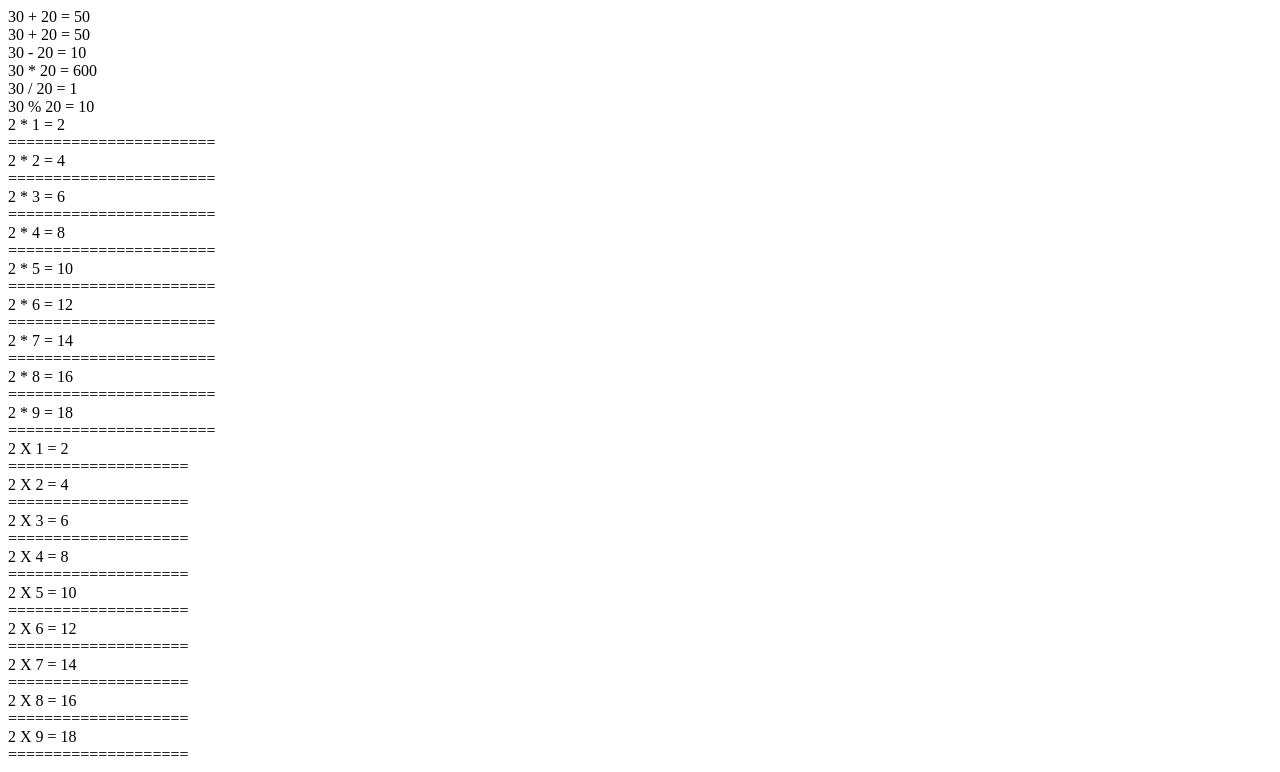
Repository: HyeogDo/Study_Java
Page: http://localhost/JSP/Addition.jsp
An editor plug-in stored every save of this project. The page is shown before and after the next save, followed by the edit.
The browser window is 1280 px wide. The pictures show the whole page.
The page is served by Tomcat 9.

Above is the page before, as saved 2022-03-15 06:56:20.

After the next save:
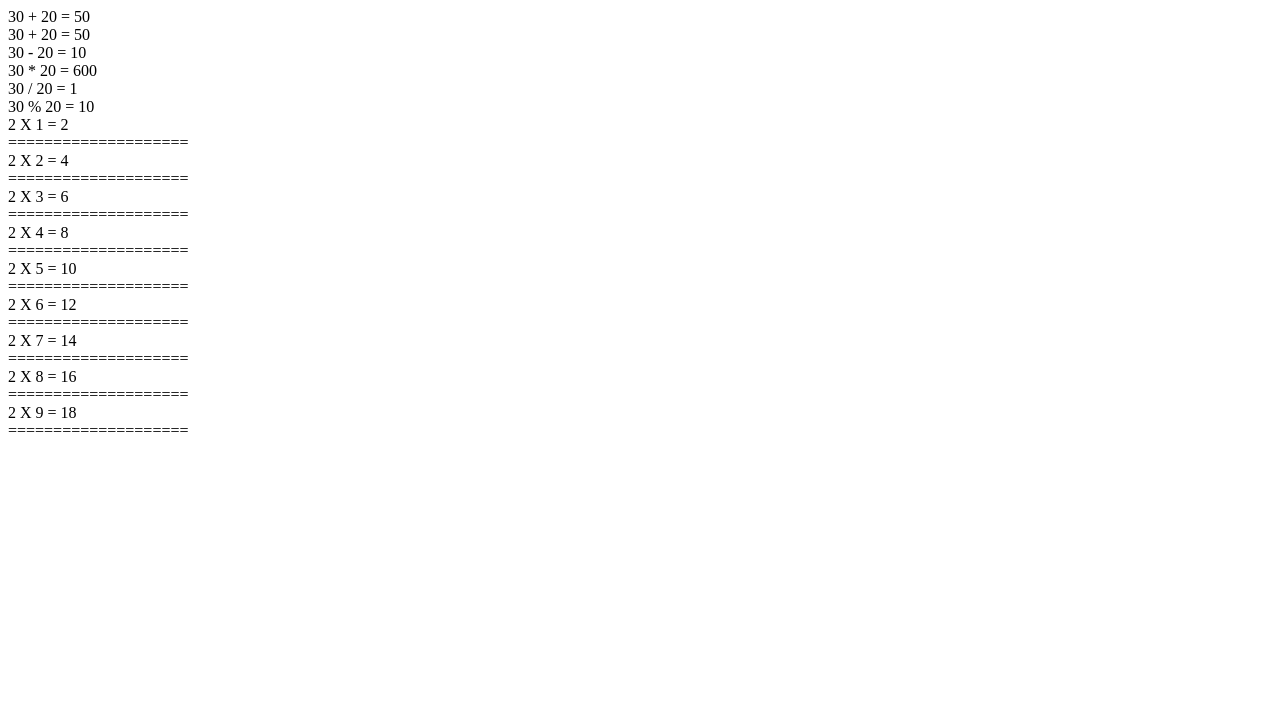
Saved 82 s later.
--- a/JSP/JSP/src/main/webapp/Addition.jsp
+++ b/JSP/JSP/src/main/webapp/Addition.jsp
@@ -25,13 +25,6 @@
 			out.println(a + " % " + b + " = " + remainder + "<br>");
 		%>
 
-		<%
-			for (int i = 1; i <= 9; i++) {
-				%> 2 * <% out.print(i); %> = <% out.print(2*i); %> <br>
-				=======================<br>
-				<%
-			}
-		%>
 
 		<%
 			int i = 0;
